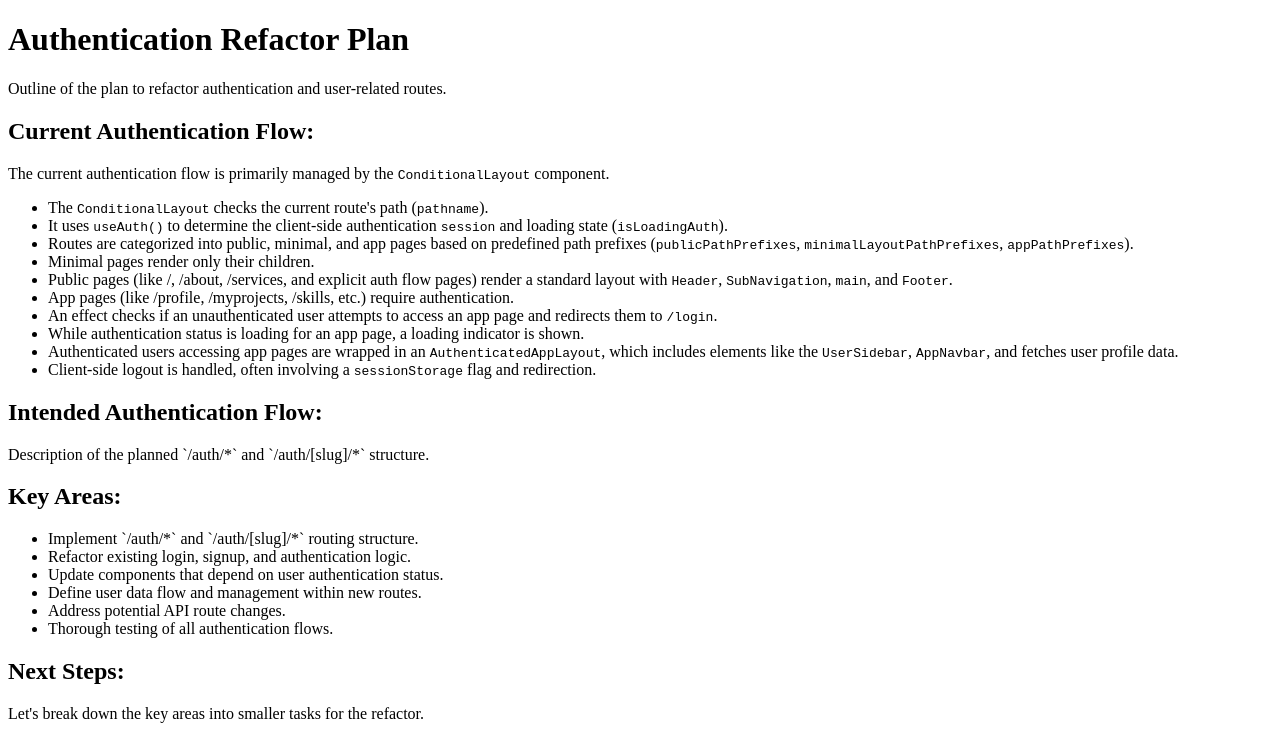
Repository: b0ase/b0ase.com
Page: /authplan
The author's editor kept a copy of each file at every save. The page is drawn from the files as they stood at one save, then again after the next save.
The browser window is 1280 px wide. The pictures show the whole page.
The project was rebuilt for these pictures with package versions that can differ from the ones it lists, and the page was loaded fresh each time. The framework's server and built-in components were replaced by stand-ins that run in the browser. Also part of the build but not shown: next.config.js.

Above is the page before, as saved 2025-05-30 20:24:20.

After the next save:
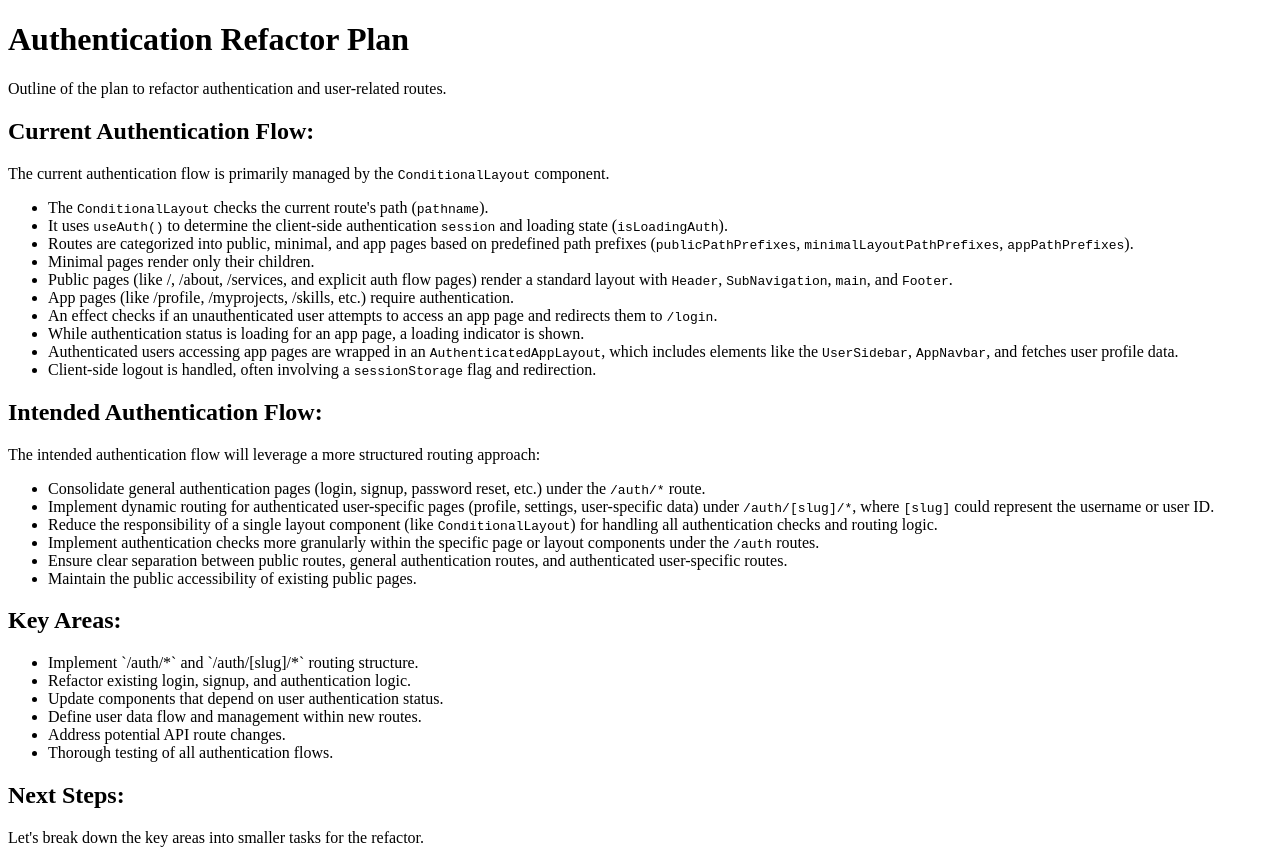
Saved 32 s later.
--- a/app/authplan/page.tsx
+++ b/app/authplan/page.tsx
@@ -22,8 +22,17 @@ export default function AuthPlanPage() {
       </div>
 
       <h2 className="text-xl font-semibold mb-2">Intended Authentication Flow:</h2>
-      <p className="mb-4">Description of the planned `/auth/*` and `/auth/[slug]/*` structure.</p>
-      {/* Add detailed description of intended flow here */}
+      <div className="bg-gray-100 dark:bg-gray-800 p-4 rounded mb-4">
+        <p className="mb-2">The intended authentication flow will leverage a more structured routing approach:</p>
+        <ul className="list-disc pl-5 text-sm">
+          <li>Consolidate general authentication pages (login, signup, password reset, etc.) under the <code>/auth/*</code> route.</li>
+          <li>Implement dynamic routing for authenticated user-specific pages (profile, settings, user-specific data) under <code>/auth/[slug]/*</code>, where <code>[slug]</code> could represent the username or user ID.</li>
+          <li>Reduce the responsibility of a single layout component (like <code>ConditionalLayout</code>) for handling all authentication checks and routing logic.</li>
+          <li>Implement authentication checks more granularly within the specific page or layout components under the <code>/auth</code> routes.</li>
+          <li>Ensure clear separation between public routes, general authentication routes, and authenticated user-specific routes.</li>
+          <li>Maintain the public accessibility of existing public pages.</li>
+        </ul>
+      </div>
 
       <h2 className="text-xl font-semibold mb-2">Key Areas:</h2>
       <ul className="list-disc pl-5 mb-4">
